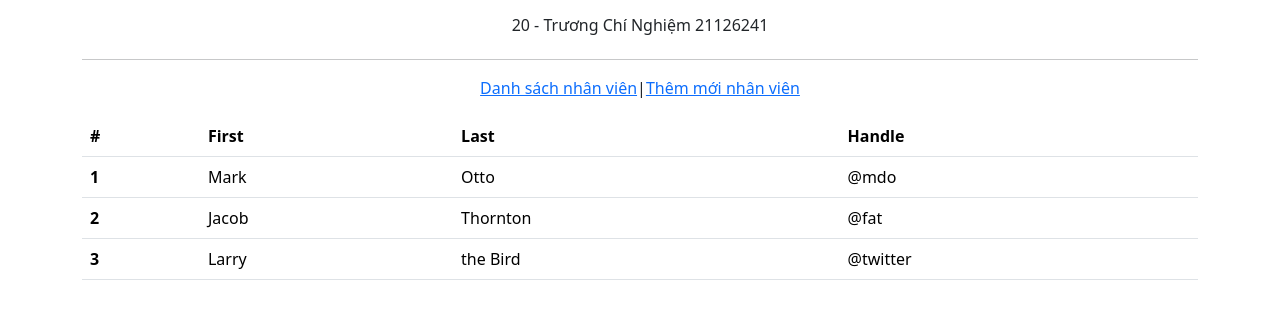
Repository: TruongChiNghiem1/wwwServlet
Page: http://localhost/20_TruongChiNghiem_21126241/views/ListNhanVien/index.jsp
The author's editor kept a copy of each file at every save. The page is drawn from the files as they stood at one save, then again after the next save.
The browser window is 1280 px wide. The pictures show the whole page.
The page is served by Tomcat 10. Other server files are loaded and not shown.

Above is the page before, as saved 2024-10-25 16:51:07.

### 20_TruongChiNghiem_21126241/src/main/webapp/views/ListNhanVien/index.jsp
<%@ page language="java" contentType="text/html; charset=UTF-8"
	pageEncoding="UTF-8"%>
<!DOCTYPE html>
<html>
<head>
<meta charset="UTF-8">
<title>Insert title here</title>
<link
	href="https://cdn.jsdelivr.net/npm/bootstrap@5.3.3/dist/css/bootstrap.min.css"
	rel="stylesheet"
	integrity="sha384-QWTKZyjpPEjISv5WaRU9OFeRpok6YctnYmDr5pNlyT2bRjXh0JMhjY6hW+ALEwIH"
	crossorigin="anonymous">
<script
	src="https://cdn.jsdelivr.net/npm/bootstrap@5.3.3/dist/js/bootstrap.bundle.min.js"
	integrity="sha384-YvpcrYf0tY3lHB60NNkmXc5s9fDVZLESaAA55NDzOxhy9GkcIdslK1eN7N6jIeHz"
	crossorigin="anonymous"></script>
</head>
<body>
	<div class="container">
		<div class="d-flex justify-content-center m-3">
			<h6>20 - Trương Chí Nghiệm 21126241</h6>
		</div>
		<hr>
		<div class="d-flex justify-content-center m-3">
			<a href="/20_TruongChiNghiem_21126241">Danh sách nhân viên</a>|
			<a href="/20_TruongChiNghiem_21126241/add-data">Thêm mới nhân viên</a>
		</div>
		<div>
			<table class="table">
				<thead>
					<tr>
						<th scope="col">#</th>
						<th scope="col">First</th>
						<th scope="col">Last</th>
						<th scope="col">Handle</th>
					</tr>
				</thead>
				<tbody>
					<tr>
						<th scope="row">1</th>
						<td>Mark</td>
						<td>Otto</td>
						<td>@mdo</td>
					</tr>
					<tr>
						<th scope="row">2</th>
						<td>Jacob</td>
						<td>Thornton</td>
						<td>@fat</td>
					</tr>
					<tr>
						<th scope="row">3</th>
						<td>Larry</td>
						<td>the Bird</td>
						<td>@twitter</td>
					</tr>
				</tbody>
			</table>
		</div>
	</div>
</body>
</html>

After the next save:
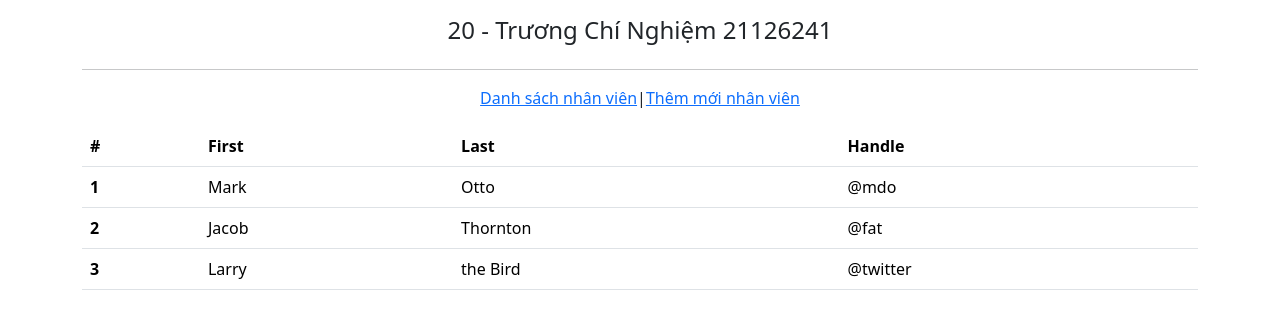
Saved 15 s later.
--- a/20_TruongChiNghiem_21126241/src/main/webapp/views/ListNhanVien/index.jsp
+++ b/20_TruongChiNghiem_21126241/src/main/webapp/views/ListNhanVien/index.jsp
@@ -18,7 +18,7 @@
 <body>
 	<div class="container">
 		<div class="d-flex justify-content-center m-3">
-			<h6>20 - Trương Chí Nghiệm 21126241</h6>
+			<h4>20 - Trương Chí Nghiệm 21126241</h4>
 		</div>
 		<hr>
 		<div class="d-flex justify-content-center m-3">
